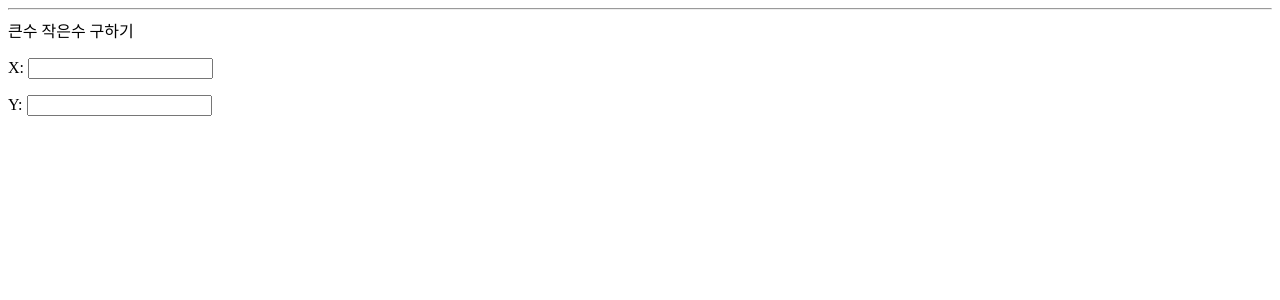
Repository: Hyuk-II/2-2
Page: 웹 프로그래밍/기말고사/src/main/webapp/maxmin.html
The author's editor kept a copy of each file at every save. The page is drawn from the files as they stood at one save, then again after the next save.
The browser window is 1280 px wide. The pictures show the whole page.

Above is the page before, as saved 2024-12-09 00:37:09.

After the next save:
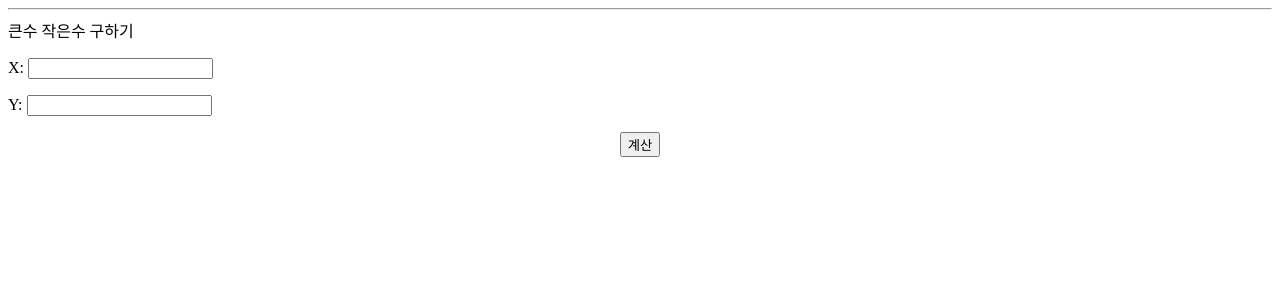
Saved 50 s later.
--- a/웹 프로그래밍/기말고사/src/main/webapp/maxmin.html
+++ b/웹 프로그래밍/기말고사/src/main/webapp/maxmin.html
@@ -10,6 +10,7 @@
 	<form method="post" action="maxmin.jsp">
 	X: <input type="text" name="x"><p>
 	Y: <input type="text" name="y"><p>
+	<center><input type="submit" value="계산"></center>
 	</form>
 
 </body>
